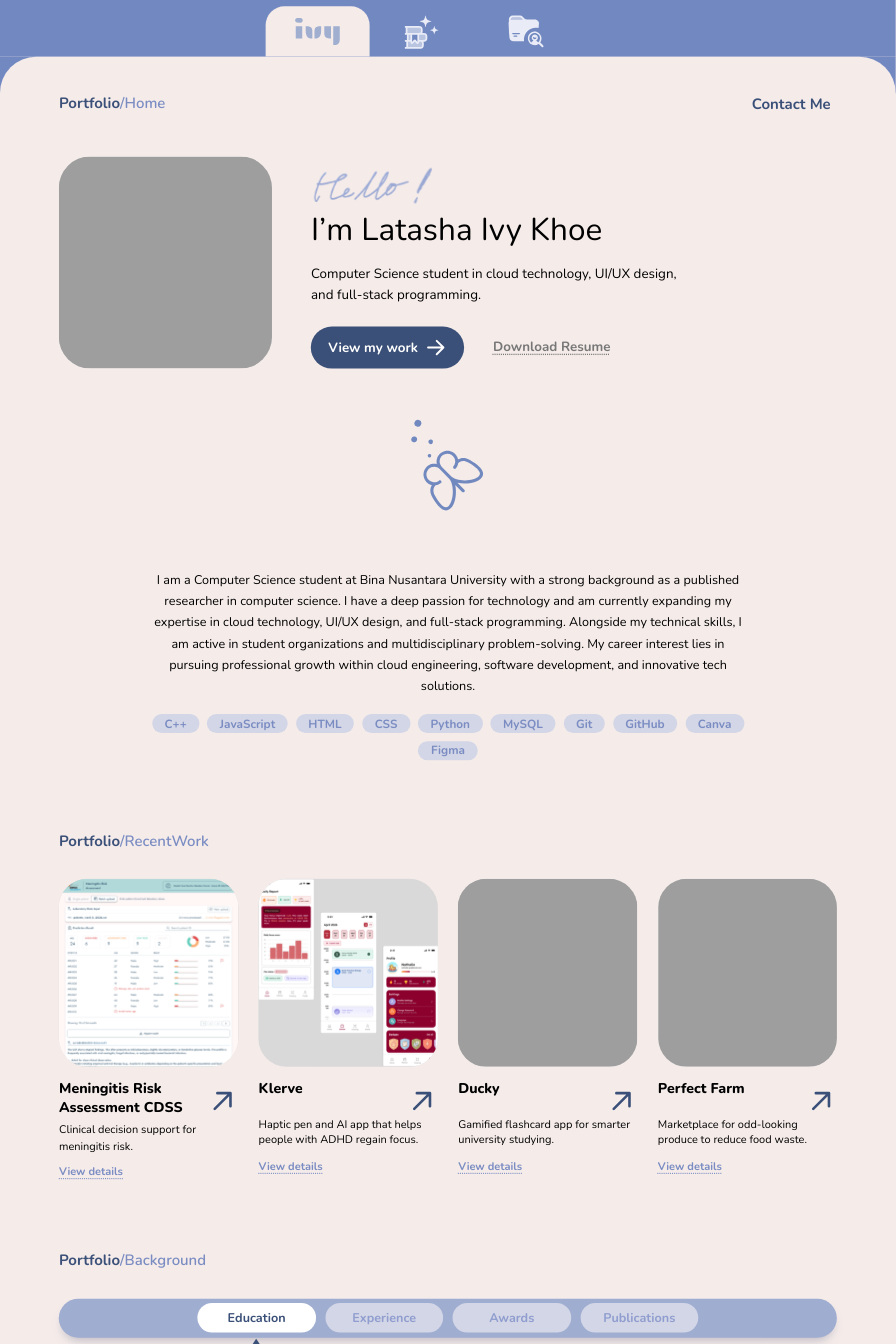
Repository: L-vy/L-vy
Page: /
The author's editor kept a copy of each file at every save. The page is drawn from the files as they stood at one save, then again after the next save.
The browser window is 1280 px wide. The pictures show the part of the page from y = 0 to 1920 px (the page is 3150 px tall before and 3138 px after), at 70% of full size.
Pictures or frames that could not be fetched are drawn as grey boxes. Some web fonts or font styles are not loaded; a fallback is used. The project was rebuilt for these pictures with package versions that can differ from the ones it lists, and the page was loaded fresh each time. Also part of the build but not shown: vite.config.ts, src/components/ExperienceBinder.tsx, src/components/FolderCard.tsx, src/components/ProjectSidebar.tsx, src/pages/ProjectDetails.tsx.

Above is the page before, as saved 2026-10-07 21:10:54.

### index.html
<!doctype html>
<html lang="en">
  <head>
    <meta charset="UTF-8" />
    <meta name="viewport" content="width=device-width, initial-scale=1.0" />
    <meta name="description" content="Portfolio of Latasha Ivy Khoe, Computer Science student specializing in Cloud Technology, UI/UX design and full-stack development." />
    <meta name="theme-color" content="#7288c1" />
    <link rel="icon" href="/images/ivy-logo.svg" />
    <link rel="preconnect" href="https://fonts.googleapis.com" />
    <link rel="preconnect" href="https://fonts.gstatic.com" crossorigin />
    <link href="https://fonts.googleapis.com/css2?family=Nunito:ital,wght@0,400;0,600;0,700;0,800;1,400&family=Playwrite+US+Modern:wght@100..400&display=swap" rel="stylesheet" />
    <title>Latasha Ivy Khoe | Portfolio</title>
  </head>
  <body>
    <div id="root"></div>
    <script type="module" src="/src/main.tsx"></script>
  </body>
</html>

### src/main.tsx
import { StrictMode } from 'react'
import { createRoot } from 'react-dom/client'
import App from './App'
import './styles.css'
createRoot(document.getElementById('root')!).render(<StrictMode><App /></StrictMode>)

### src/App.tsx
import { BrowserRouter, Route, Routes } from 'react-router-dom'
import Home from './pages/Home'
import ProjectDetails from './pages/ProjectDetails'
import CursorCircle from './components/CursorCircle'
export default function App() {
  return (
    <BrowserRouter>
      <CursorCircle />
      <Routes>
        <Route path="/" element={<Home />} />
        <Route path="/recentworks/:id" element={<ProjectDetails />} />
        <Route path="*" element={<Home />} />
      </Routes>
    </BrowserRouter>
  )
}

### src/styles.css
/* Sizes are authored at design scale (16px = 1rem) and rendered at 75% via html{font-size:75%}. */
:root{--blue:#7288c1;--cream:#f5ecea;--ink:#3b5078;--peri:#7a8cc2;--light:#a9b5e0;--bar:#9fadd1;--pill:#d3d6e6;--panel:#d1d4e3;--ph:#d9d9d9;--txt:#000;--gut:max(3.5rem,calc((100% - 68.75rem)/2 + 3.5rem));color-scheme:light}
html{font-size:75%}
*{box-sizing:border-box}
body{margin:0;background:var(--cream);color:var(--txt);font-family:'Nunito',system-ui,sans-serif;line-height:1.4}
h1,h2,h3,p,ul{margin:0}
ul{padding:0;list-style:none}
a{color:inherit}
button{font-family:inherit;cursor:pointer}
img{max-width:100%}
:focus-visible{outline:3px solid var(--ink);outline-offset:3px}
.fx{font-family:'Playwrite US Modern','Nunito',cursive;font-weight:400}
.nav{position:relative;height:4.5rem;background:var(--blue)}
.nav::after{content:'';position:absolute;left:0;right:0;top:100%;height:2.875rem;background:var(--blue)}
.nav-tabs{max-width:68.75rem;margin:0 auto;height:100%;display:flex;align-items:flex-end;padding-left:28%}
.nav-tab{width:8.25rem;height:4rem;border:0;background:none;color:#e9ecf7;display:grid;place-items:center;padding:0;transition:opacity .25s}
.nav-tab:hover{opacity:.8}
.nav-tab.active{background:var(--cream);border-radius:1.5rem 1.5rem 0 0;color:var(--light);opacity:1}
.nav-tab img{height:2.125rem}
.page{position:relative;z-index:1;background:var(--cream);border-radius:2.875rem 2.875rem 0 0;padding:0 var(--gut)}
.section{padding-top:5.625rem}
.hero{position:relative;padding-top:2.875rem}
.hero-top{display:flex;justify-content:space-between;align-items:center}
.path{font-size:1.1875rem;font-weight:600;color:var(--peri)}
.path b{color:var(--ink);font-weight:700}
.crumb{background:none;border:0;padding:0;font:inherit;color:inherit}
.crumb:hover{text-decoration:underline dotted;text-underline-offset:0.25rem}
.contact-link{background:none;border:0;font-size:1.1875rem;font-weight:700;color:var(--ink)}
.hero-grid{display:grid;grid-template-columns:16.875rem 1fr;gap:3.125rem;align-items:flex-end;margin-top:3.25rem}
.hero-photo{width:100%;aspect-ratio:1;object-fit:cover;background:var(--ph);border-radius:2.5rem;transition:transform .3s}
.hero-photo:hover{transform:rotate(-1.2deg) scale(1.015)}
.hello{height:3.375rem;width:auto;display:block}
h1{margin-top:0.25rem;font:400 2.5rem/1.35 'Playwrite US Modern','Nunito',cursive}
.lead{max-width:30rem;font-size:1.0625rem;line-height:1.6;margin-top:0.875rem}
.lead.sm{font-size:0.9375rem;max-width:none;margin-top:1.25rem}
.actions{display:flex;align-items:center;gap:2.25rem;margin-top:1.625rem;flex-wrap:wrap}
.btn{display:inline-flex;align-items:center;gap:0.5rem;background:var(--ink);color:#fff;border:0;border-radius:62.4375rem;padding:0.75rem 1.375rem;font-size:1.0625rem;font-weight:700;transition:transform .25s}
.btn:hover{transform:translateY(-2px)}
.btn.blue{background:var(--blue);font-size:1.1875rem;padding:0.875rem 1.75rem}
.link-dotted{text-decoration:underline dotted;text-underline-offset:0.25rem;font-weight:700}
.link-dotted.grey{color:#777;font-size:1.0625rem}
.butterfly{display:block;margin:4rem auto 0;width:6rem}
.intro{max-width:47.5rem;margin:4.375rem auto 0;text-align:center}
.intro-text{font-size:1rem;line-height:1.7}
.pills{display:flex;flex-wrap:wrap;gap:0.625rem;justify-content:center;margin-top:1.375rem}
.pills.left{justify-content:flex-start}
.pill{border-radius:24rem;padding:0.1rem 1rem;font-weight:700;font-size:0.9375rem;background:var(--pill);color:var(--peri)}
.pill.solid-outline{background:none;border:1.5px solid var(--peri);font-size:1rem}
.reveal{opacity:0;transform:translateY(0.875rem);transition:opacity .6s,transform .6s}
.reveal.in{opacity:1;transform:none}
.fill{height:100%}
.cards{display:grid;grid-template-columns:repeat(4,1fr);gap:1.625rem;margin-top:2.125rem}
.card{display:flex;flex-direction:column;min-width:0}
.card-img{display:block;aspect-ratio:400/420;border-radius:2.25rem;overflow:hidden;background:var(--ph);transition:transform .3s}
.card-img img{width:100%;height:100%;object-fit:cover;display:block}
.card:hover .card-img{transform:rotate(-1.2deg) scale(1.015)}
.card-title{display:flex;justify-content:space-between;align-items:flex-start;gap:0.5rem;margin-top:1rem;color:var(--ink)}
.card-title .icon{flex:none}
.clamp{font-size:1.125rem;font-weight:800;line-height:1.3;color:var(--txt);display:-webkit-box;-webkit-line-clamp:2;-webkit-box-orient:vertical;overflow:hidden}
.card-sum{font-size:0.875rem;line-height:1.5;margin-top:0.375rem}
.card-links{margin-top:0.625rem}
.card-links .link-dotted{color:var(--peri);font-size:0.875rem}
.tabbar{position:relative;background:var(--bar);border-radius:62.4375rem;padding:0.375rem 0.5rem;display:flex;justify-content:center;gap:0.75rem;margin-top:2.125rem;box-shadow:0 0.5rem 0.875rem -0.375rem rgba(60,70,110,.35)}
.tabwrap{position:relative;width:min(9.375rem,22%)}
.tab{width:100%;border:0;border-radius:62.4375rem;padding:0.5rem 0;font-size:1rem;font-weight:700;background:var(--pill);color:#8f9dcf;transition:background .25s,color .25s}
.tab.on{background:#fff;color:var(--ink)}
.pointer{position:absolute;left:50%;bottom:-1.25rem;margin-left:-0.5625rem;border:0.5625rem solid transparent;border-top:0;border-bottom:0.8125rem solid var(--ink)}
.panel{margin-top:2.75rem;background:var(--panel);border-radius:1.375rem;height:30.625rem;box-shadow:0 0.375rem 1rem -0.5rem rgba(60,70,110,.3);transition:background .3s,box-shadow .3s}
.panel.bound{background:transparent;box-shadow:none}
.banner{height:100%;display:flex;flex-direction:column;gap:2.125rem;padding:1.875rem 2.125rem 2.5rem}
.banner-img{flex:1;min-height:0;width:100%;object-fit:cover;background:var(--ph);border-radius:2.25rem;transition:transform .3s}
.banner:hover .banner-img{transform:rotate(-1.2deg) scale(1.015)}
.tx{padding-left:0.4375rem}
.tx h2{font-size:1.625rem;line-height:1.4}
.tx h3{margin-top:2px;font-size:1.1875rem;font-weight:700}
.tx p{margin-top:0.375rem;font-style:italic;font-size:0.9375rem}
.folders{height:100%;display:grid;grid-template-columns:1fr 1fr;gap:1.5rem;padding:1.75rem 2rem}
.folder{--rim:#3b5078;--body:#f3f3f9;background:var(--rim);border-radius:1.875rem;padding:1.5px;display:flex;flex-direction:column;overflow:hidden}
.media{height:11.875rem;margin-bottom:-2.5rem;flex:none;position:relative;overflow:hidden;border-radius:1.78125rem 1.78125rem 0 0;background:var(--ph)}
.media>*{display:block;width:100%;height:100%;object-fit:cover;background:var(--ph);transform:scale(1.06);transition:transform .3s}
.folder:hover .media>*{transform:rotate(-1.2deg) scale(1.1)}
.rest{flex:1;position:relative;z-index:1;background:var(--body);border-radius:0 1.78125rem 1.78125rem 1.78125rem;padding:0 1.375rem 1.125rem;display:flex;flex-direction:column}
.rest .tab{position:absolute;left:0;top:-2.25rem;width:80%;height:2.3125rem;padding:0;border-radius:1.25rem 1.25rem 0 0;background:var(--body)}
.rest .tab::after{content:'';position:absolute;right:-1.25rem;bottom:0;width:1.25rem;height:1.25rem;background:radial-gradient(circle at 100% 0,transparent 1.21875rem,var(--body) 1.25rem)}
.head{position:relative;margin-top:-1.375rem}
.head::before{content:'';float:right;width:24%;height:1rem}
.head b{display:-webkit-box;-webkit-line-clamp:3;-webkit-box-orient:vertical;overflow:hidden;font-size:1.0625rem;font-weight:800;line-height:1.25}
.head span{display:block;font-size:0.9375rem;color:#6f748f;margin-top:2px}
.folder p{margin-top:0.75rem;font-size:0.84375rem;font-style:italic;line-height:1.5;display:-webkit-box;-webkit-line-clamp:4;-webkit-box-orient:vertical;overflow:hidden}
.foot{margin-top:auto;padding-top:0.625rem;display:flex;justify-content:space-between;align-items:center;min-height:2.75rem}
.foot strong{font-size:1.5625rem;line-height:1.3}
.go{display:grid;place-items:center;width:2.5rem;height:2.5rem;border-radius:50%;background:var(--ink);color:#fff;transition:transform .25s}
.go:hover{transform:translate(2px,-2px)}
.exp{position:relative;height:100%}
.plate{position:absolute;left:0;top:0;bottom:0;width:8.125rem;background:#c9cde0;border-radius:1.625rem 0 0 1.625rem;box-shadow:0 0.625rem 1.125rem -0.625rem rgba(60,70,110,.4)}
.rail{position:absolute;left:0;top:4.4375rem;width:3.75rem;height:0;z-index:2}
.rail button{position:absolute;left:0.8125rem;top:calc(var(--i)*4.5rem);width:2.9375rem;height:5.25rem;z-index:calc(var(--i) + 1);border:0;background:var(--c);color:#fff;border-radius:1.125rem 0 0 1.125rem;display:grid;place-items:center;padding:0;transition:left .25s,width .25s}
.rail button:hover,.rail button[aria-selected=true]{left:0.4375rem;width:3.3125rem}
.rail button[aria-selected=true]{z-index:10}
.fcard{--acc:#9fadd1;position:absolute;left:3.75rem;right:0;top:0;bottom:0;background:var(--cream);border:2.5px solid var(--acc);border-radius:1.625rem;box-shadow:0 0.625rem 1.25rem -0.625rem rgba(60,70,110,.4);padding:1.375rem 1.75rem 1.375rem 1.875rem;overflow:hidden;transition:border-color .35s}
.pg{position:relative;height:100%;display:grid;grid-template-columns:1fr 1fr;grid-template-rows:auto 1fr;column-gap:3.5rem;animation:in .4s ease both}
@keyframes in{from{opacity:0;transform:translateY(0.5rem)}to{opacity:1;transform:none}}
.lab{grid-column:1/-1;font-size:0.8125rem}
.col{display:flex;flex-direction:column;min-width:0}
.col.end{align-self:end;padding-bottom:0.625rem}
.t{font-size:1.6875rem;font-weight:800;color:var(--ttl);line-height:1.2;margin-top:1.75rem}
.col.end .t{margin-top:0}
.sub{font-size:1.25rem;color:var(--ttl);margin-top:0.375rem}
.d{font-size:0.875rem;line-height:1.55;margin-top:1rem;font-style:italic}
.h{font-size:0.8125rem;margin:1.375rem 0 0.375rem}
.col ul{padding-left:1.25rem;font-size:0.84375rem;line-height:1.55;list-style:disc}
.stack,.zig{position:relative;margin-top:auto}
.stack{height:8rem}
.zig{margin-top:0.875rem}
.sp{position:absolute;display:block;width:62%;height:7.375rem;object-fit:cover;background:var(--ph);border:1px solid var(--txt);border-radius:1.625rem;transform:rotate(var(--r));transition:transform .3s}
.sp:hover{z-index:9;transform:rotate(calc(var(--r)*-1)) translateY(-0.3125rem) scale(1.03)}
.stack .sp:nth-child(1){--r:-2deg;left:0;top:0.375rem}
.stack .sp:nth-child(2){--r:1.5deg;left:20%;top:0.75rem}
.stack .sp:nth-child(3){--r:-1deg;left:38%;top:0}
.zig .sp{width:70%;height:7.5625rem}
.zig .sp:nth-child(1){--r:1deg;left:0;top:0}
.zig .sp:nth-child(2){--r:-1deg;left:44%;top:7rem}
.zig .sp:nth-child(3){--r:1deg;left:-1%;top:14.125rem}
.p1{left:47%;top:0.5rem;width:29%;height:8.4375rem;--r:1deg}
.p2{left:66%;top:4.875rem;width:27%;height:auto;aspect-ratio:210/297;--r:-1deg}
.contact{text-align:center;padding:5.75rem 0 6.25rem}
.contact h2{font-size:2.25rem;font-weight:400}
.contact b{font-weight:800}
.contact .btn{margin-top:1.375rem}
.footer{background:var(--blue);color:#eef0fa;padding:3.25rem var(--gut) 2.5rem;display:flex;justify-content:space-between;align-items:flex-end;gap:1.875rem;flex-wrap:wrap;min-height:14.375rem}
.footer ul{display:flex;gap:2.75rem;align-self:flex-start}
.ci{display:block;color:#dfe4f6;transition:transform .25s}
.ci:hover,.ci.pulse{transform:translateY(-0.25rem) scale(1.12)}
.footer-by{text-align:right;line-height:2;font-size:1rem}
/* .detail{border-radius:0 0 2.875rem 2.875rem;padding-top:2.875rem;padding-bottom:4.375rem} */
.detail{flex:1;min-width:0;min-height:100vh;border-radius:0 3rem 3rem 0;padding-top:2.875rem;padding-bottom:4.375rem}
.detail-grid{display:grid;grid-template-columns:1fr 1fr;gap:3.5rem;align-items:center;margin-top:2.875rem}
.detail-title{margin:0;font:800 2rem/1.3 'Nunito',sans-serif}
.detail .pills{margin-top:1.375rem}
/* ---------- Project detail: left sidebar ---------- */
.detail-shell{display:flex;min-height:100vh;background:var(--blue)}
.side{position:sticky;top:0;align-self:flex-start;flex:none;width:5.375rem;height:100vh;display:flex;flex-direction:column;padding:6rem 0 9.875rem}

/* step indicators 01–04 */
.steps{align-self:flex-start;display:grid;gap:0.5rem}
.step{display:grid;place-items:center;width:4.3125rem;height:4.4375rem;border-radius:0 1.25rem 1.25rem 0;background:transparent;color:var(--light);font-size:1.2rem;text-decoration:none;transition:opacity .25s}
.step:not(.on):hover{opacity:.8}
.step.on{background:var(--cream);color:var(--light);text-decoration:underline dotted;text-underline-offset:0.375rem}   /* RULE 2 */

/* vertical Previous / Next */
.side-nav{margin-top:3rem;align-self:flex-start;width:4.3125rem;display:flex;flex-direction:column;align-items:center;gap:1.75rem}
.side-btn{writing-mode:vertical-rl;transform:rotate(0deg);color:var(--cream);font-size:1rem;font-weight:600;line-height:1;text-decoration:none;transition:opacity .2s}   /* white by default */
a.side-btn:hover{opacity:.8}
.side-btn.edge{color:var(--light)}   /* RULE 3 */
.meta{margin-bottom:0.875rem;font-size:1.25rem;font-weight:400;color:var(--ink)}
.contrib{margin:1.125rem 0 0.5rem;font:400 0.9375rem 'Playwrite US Modern','Nunito',cursive;color:var(--peri)}
.contrib-list {position: relative;padding-left: 1.25rem;display: grid;gap: 0.75rem;font-size: 0.90625rem;}
.contrib-list::before {content: '';position: absolute;left: 0;top: 0.25rem;bottom: 0.25rem;width: 2px;background-color:var(--light);border-radius: 9999px;}
/* .contrib-list{border-left:3px solid var(--light);border-top-left-radius: 4px;border-bottom-left-radius: 4px;padding-left:0.875rem;display:grid;gap:0.75rem;font-size:0.90625rem} */
/* .contrib-list li{display:flex;gap:0.875rem;align-items:center}
.contrib-list li::before{content:'';width:0.75rem;height:0.75rem;flex:none;border-radius:50%;border:3px solid var(--peri)} */
.detail-links{display:flex;gap:0.75rem;flex-wrap:wrap;margin-top:1.375rem}
/* .detail-links .pill{background:none;border:2px solid var(--light);color:var(--peri);padding:0.375rem 1.25rem;font:400 0.875rem 'Playwrite US Modern','Nunito',cursive;text-decoration:underline dotted;text-underline-offset:0.25rem} */
.detail-links .pill{background:none;border:2px solid var(--light);color:var(--peri);padding:0.375rem 1.25rem;font-family:inherit;font-size:0.9375rem;font-weight:700;text-decoration:underline dotted;text-underline-offset:0.25rem}
.proto{margin:0}
/* .proto img{display:block;width:100%;aspect-ratio:1/1.08;object-fit:cover;background:var(--ph);border:3px solid var(--ink);border-radius:3rem;transition:transform .3s} */
.proto img {  border: 0;  outline: 0;  border-radius: 15px;}
.proto img:hover{transform:rotate(1.2deg) scale(1.015)}
.proto figcaption{text-align:center;font-weight:500;font-size:0.9375rem;color:var(--ink);margin-top:1rem}
/* .pager{background:var(--blue);margin-top:-2.875rem;padding:5.5rem var(--gut) 1.5rem;display:flex;justify-content:center;gap:3.5rem} */
/* .pager-btn{margin-top:-3rem;height:3.25rem;display:grid;place-items:center;color:#fff;font-weight:700;font-size:1.125rem;text-decoration:none;transition:opacity .2s} */
/* .pager-btn.prev{background:var(--cream);color:var(--ink);padding:0 2.125rem;border-radius:0 0 1.5rem 1.5rem}
.pager-btn.off{opacity:.5}
.pager-btn.prev.off{opacity:1;color:var(--light)} */
/* .pager-btn.hang{background:var(--cream);color:var(--ink);padding:0 2.125rem;border-radius:0 0 1.5rem 1.5rem} */
/* .pager-btn.off{opacity:.5} */
/* .pager-btn.hang.off{opacity:1;color:var(--light)} */
.cursor-circle{position:fixed;left:0;top:0;width:4rem;height:4rem;border-radius:50%;background:rgba(114,136,193,.28);pointer-events:none;z-index:50;transform:translate(-6.25rem,-6.25rem) scale(0);transition:transform .18s}
@media (max-width:960px)
{.cards{grid-template-columns:1fr 1fr}.nav-tabs{padding-left:4%}.nav-tab{width:6rem}}
@media (max-width:760px)
{.page{border-radius:1.875rem 1.875rem 0 0;padding:0 1.25rem}.hero-grid,.detail-grid{grid-template-columns:1fr;gap:1.75rem}.hero-photo{max-width:16.25rem}h1{font-size:1.875rem}.detail-title{font-size:1.5625rem}.cards{grid-template-columns:1fr}.tab{font-size:0.75rem}.tabbar{gap:0.375rem}.pointer{display:none}.panel{height:auto}.banner{padding:1.125rem;gap:1.5rem}.banner-img{flex:none;height:11.875rem}.folders{grid-template-columns:1fr;padding:1.125rem}.folder{min-height:23.75rem}.contact h2{font-size:1.6875rem}.footer ul{gap:1.375rem}.footer-by{text-align:left}.plate{display:none}.fcard{position:static;padding:1.25rem 1.125rem;border-radius:1.375rem}.exp{height:auto}.rail{position:static;height:auto;display:flex;gap:0.375rem;padding-left:0.625rem}.rail button,.rail button:hover,.rail button[aria-selected=true]{position:static;width:3.5rem;height:2.875rem;border-radius:0.875rem 0.875rem 0 0}.pg{display:flex;flex-direction:column;gap:0.875rem;height:auto}.col.end{padding:0}.stack,.zig{height:auto;display:grid;gap:0.625rem;margin-top:0.625rem}.pg .sp{position:static;width:100%;height:6.875rem}.pg .p2{height:auto;width:58%;align-self:center}
.detail-shell{flex-direction:column;min-height:0}
.side{position:static;width:auto;height:auto;flex-direction:row;justify-content:space-between;align-items:flex-start;padding:0 1.25rem 1rem}
.steps{display:flex;gap:0.5rem;align-self:flex-start}
.step{width:3rem;height:3rem;font-size:1.25rem;border-radius:0 0 1rem 1rem}
.side-nav{width:auto;flex-direction:row;align-self:center;gap:1.25rem}
.side-btn{writing-mode:horizontal-tb;transform:none;font-size:1rem}
.detail{border-radius:0 0 1.875rem 1.875rem;min-height:0}}

@media (prefers-reduced-motion:reduce){*{transition:none!important;animation:none!important}}

### src/components/Skills.tsx
import { site } from '../data/site'
import Reveal from './Reveal'
export default function Skills() {
  return (
    <Reveal className="intro">
      <p className="intro-text">{site.about}</p>
      <ul className="pills" aria-label="Skills">{site.skills.map(s => <li key={s} className="pill">{s}</li>)}</ul>
    </Reveal>
  )
}

### src/components/RecentWorks.tsx
import { projects } from '../data/projects'
import ProjectCard from './ProjectCard'
import Reveal from './Reveal'
export default function RecentWorks() {
  return (
    <section id="recent-works" className="section">
      <p className="path"><b>Portfolio</b>/RecentWork</p>
      <Reveal className="cards">{projects.slice(0, 4).map(p => <ProjectCard key={p.id} p={p} />)}</Reveal>
    </section>
  )
}

### src/components/ContactSection.tsx
import Icon from './Icon'
import { useGoTo } from './useGoTo'
export default function ContactSection() {
  const go = useGoTo()
  return (
    <section id="contact" className="contact">
      <h2>Interested in <b>Working Together?</b></h2>
      <button className="btn blue" onClick={() => go('contact', true)}>Get in Touch <Icon name="butterfly-cursor" size={34} /></button>
    </section>
  )
}

### src/components/useGoTo.ts
import { useLocation, useNavigate } from 'react-router-dom'
export const pulseContact = () => window.dispatchEvent(new Event('contact-pulse'))
export function scrollToId(id: string) {
  if (id === 'contact') { window.scrollTo({ top: document.documentElement.scrollHeight, behavior: 'smooth' }); return }
  document.getElementById(id)?.scrollIntoView({ behavior: 'smooth', block: 'start' }) }
/** Navigate to a section on the home page from anywhere. */
export function useGoTo() {
  const nav = useNavigate(); const { pathname } = useLocation()
  return (id: string, pulse = false) => {
    if (pathname === '/') { scrollToId(id); if (pulse) setTimeout(pulseContact, 700) }
    else nav('/', { state: { scrollTo: id, pulse } })
  }
}

### src/components/Icon.tsx
export default function Icon({ name, size = 24, raw = false }: { name: string; size?: number; raw?: boolean }) {
  if (raw) return <img className="icon" src={`/icons/${name}.svg`} alt="" width={size} height={size} />
  const mask = `url(/icons/${name}.svg) center / contain no-repeat`
  return <span className="icon" aria-hidden="true" style={{ display: 'inline-block', width: size, height: size, backgroundColor: 'currentColor', WebkitMask: mask, mask }} />
}

### src/components/Reveal.tsx
import { useEffect, useRef, useState, type ReactNode } from 'react'
export default function Reveal({ children, className = '' }: { children: ReactNode; className?: string }) {
  const ref = useRef<HTMLDivElement>(null); const [on, setOn] = useState(false)
  useEffect(() => {
    const io = new IntersectionObserver(([e]) => { if (e.isIntersecting) { setOn(true); io.disconnect() } }, { threshold: 0.1 })
    if (ref.current) io.observe(ref.current); return () => io.disconnect()
  }, [])
  return <div ref={ref} className={`reveal ${on ? 'in' : ''} ${className}`}>{children}</div>
}

Loaded but not shown: src/data/projects.ts (42 lines, source omitted); src/data/background.ts (36 lines, source omitted); src/components/Background.tsx (34 lines, source omitted); src/data/site.ts (17 lines, source omitted); src/components/Navbar.tsx (29 lines, source omitted); src/components/Footer.tsx (20 lines, source omitted); src/pages/Home.tsx (27 lines, source omitted); src/components/Hero.tsx (24 lines, source omitted); src/components/CursorCircle.tsx (17 lines, source omitted); src/components/ProjectCard.tsx (17 lines, source omitted)

After the next save:
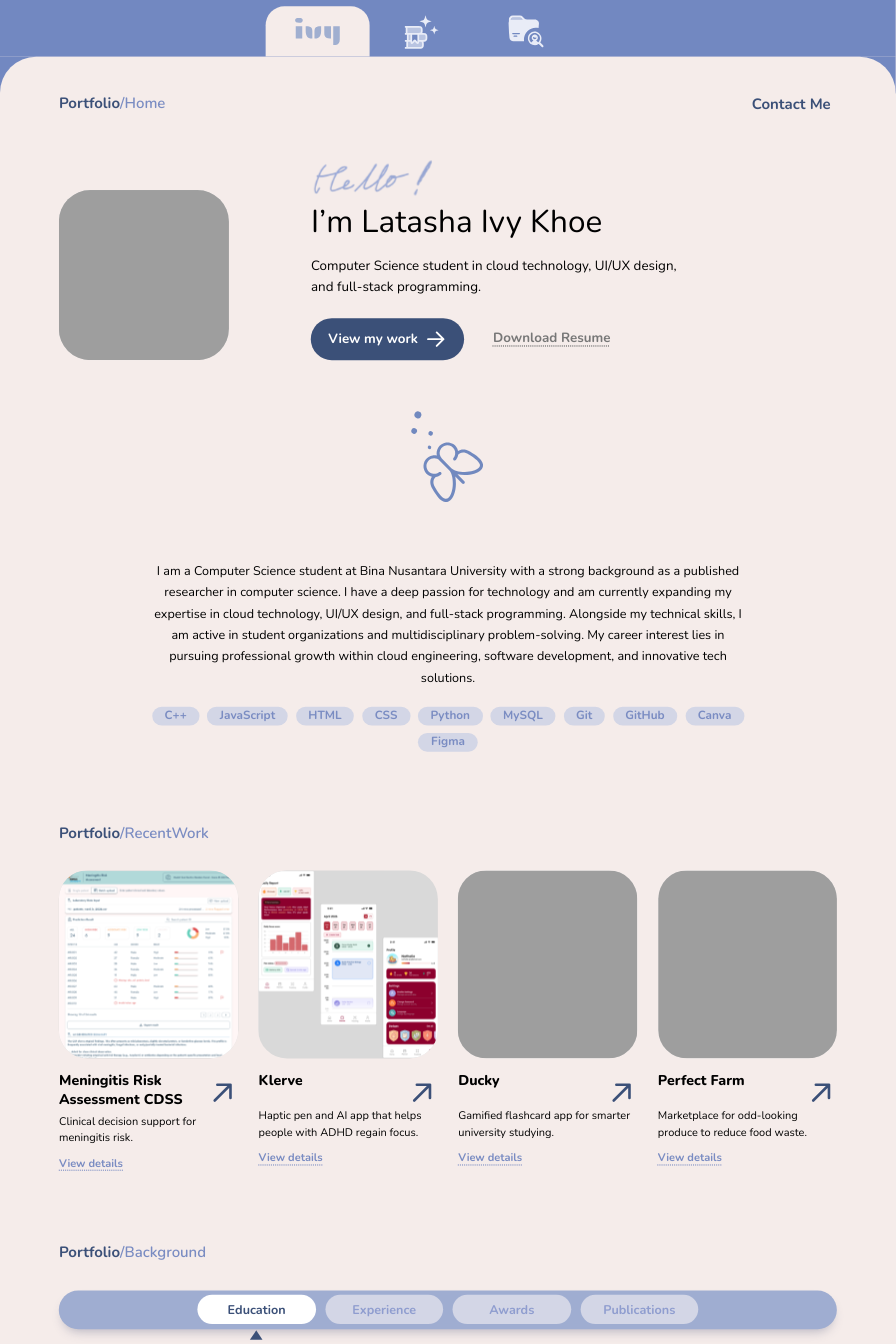
Saved 12 s later.
--- a/src/styles.css
+++ b/src/styles.css
@@ -27,7 +27,7 @@ img{max-width:100%}
 .crumb:hover{text-decoration:underline dotted;text-underline-offset:0.25rem}
 .contact-link{background:none;border:0;font-size:1.1875rem;font-weight:700;color:var(--ink)}
 .hero-grid{display:grid;grid-template-columns:16.875rem 1fr;gap:3.125rem;align-items:flex-end;margin-top:3.25rem}
-.hero-photo{width:100%;aspect-ratio:1;object-fit:cover;background:var(--ph);border-radius:2.5rem;transition:transform .3s}
+.hero-photo{max-width:80%;aspect-ratio:1;object-fit:cover;background:var(--ph);border-radius:2.5rem;transition:transform .3s}
 .hero-photo:hover{transform:rotate(-1.2deg) scale(1.015)}
 .hello{height:3.375rem;width:auto;display:block}
 h1{margin-top:0.25rem;font:400 2.5rem/1.35 'Playwrite US Modern','Nunito',cursive}
